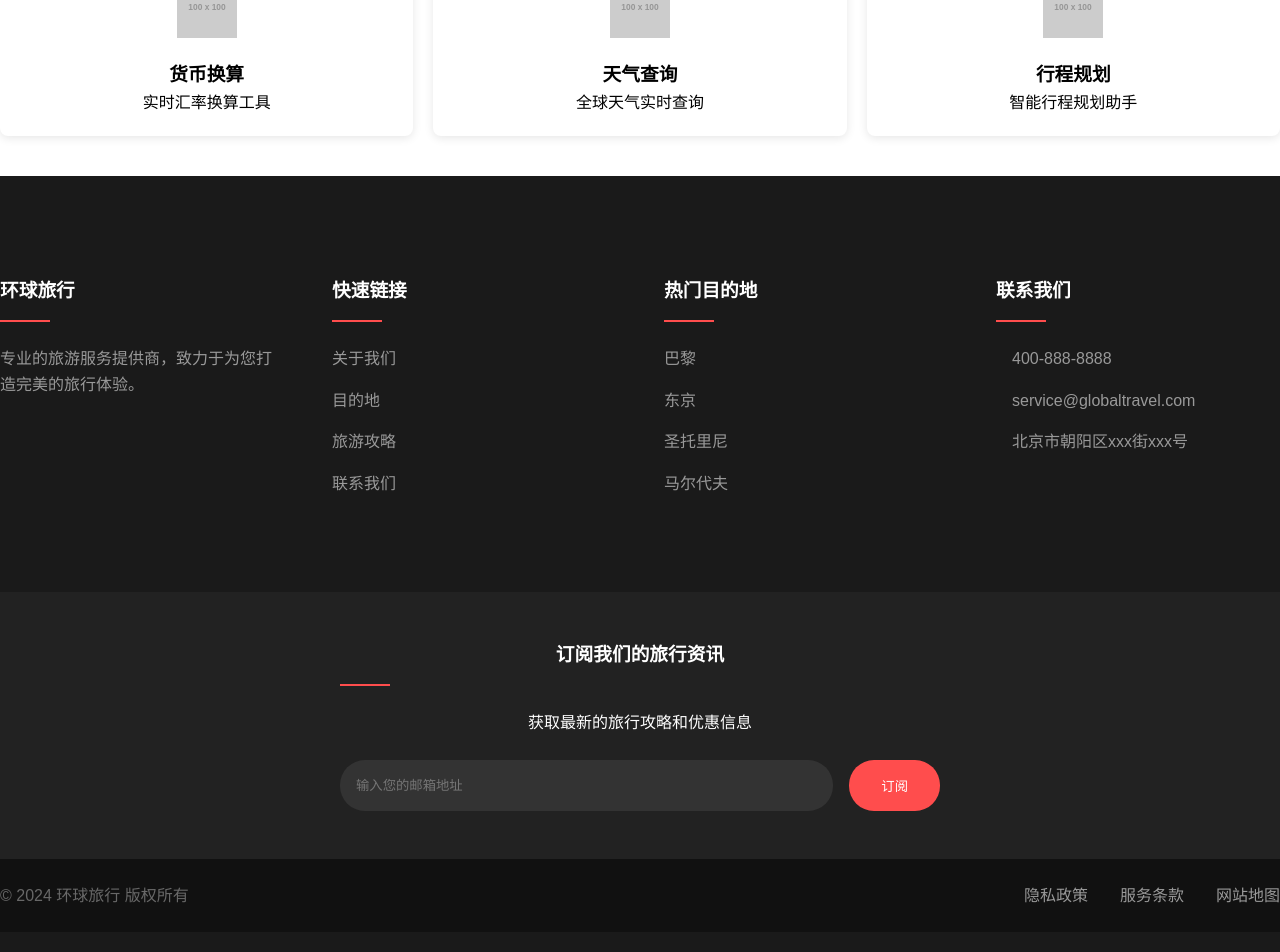
Repository: huang-heavenly-Emperor/travel_1
Page: pages/guide.html
The author's editor kept a copy of each file at every save. The page is drawn from the files as they stood at one save, then again after the next save.
The browser window is 1280 px wide. The pictures show the part of the page from y = 1471 to 2423 px (the page is 2423 px tall before and 2350 px after).

Above is the page before, as saved 2024-11-18 03:40:52.
Not found: css/common.css

### pages/guide.html
<!DOCTYPE html>
<html lang="zh">

<head>
  <meta charset="UTF-8">
  <title>旅游指南 - 环球旅行</title>
  <link rel="stylesheet" href="../css/common.css">
  <link rel="stylesheet" href="../css/style.css">
  <link rel="stylesheet" href="../css/guide.css">
</head>

<body>
    <!-- 导航栏 -->
    <nav class="main-nav">
      <div class="nav-logo">
          <h1>环球旅行</h1>
      </div>

      <!-- 汉堡菜单按钮 -->
      <div class="hamburger">
          <span></span>
          <span></span>
          <span></span>
      </div>

      <!-- 导航菜单 -->
      <div class="nav-menu">
          <ul class="nav-links">
              <li><a href="../index.html">首页</a></li>
              <li><a href="about.html" class="active">关于我们</a></li>
              <li><a href="destinations.html">目的地</a></li>
              <li><a href="travel-tips.html">旅游指南</a></li>
              <li><a href="news-events.html">新闻活动</a></li>
              <li><a href="contact.html">联系我们</a></li>
          </ul>
          <div class="theme-switch">
            <button class="theme-toggle" aria-label="切换主题">
                <i class="fas fa-sun light-icon"></i>
                <i class="fas fa-moon dark-icon"></i>
            </button>
        </div>
          <div class="nav-auth">
              <a href="login.html" class="btn-login">登录</a>
              <a href="register.html" class="btn-register">注册</a>
          </div>
      </div>
  </nav>

  <!-- 页面头部 -->
  <header class="about-header">
      <div class="header-content">
          <h1>关于我们</h1>
          <p>探索世界，创造回忆</p>
      </div>
  </header>
  <!-- 主要内容 -->
  <main>
    <!-- banner区域 -->
    <section class="banner">
      <div class="container">
        <h1>探索世界的每个角落</h1>
        <p>专业的旅游攻略，让您的旅程更加完美</p>
      </div>
    </section>

    <!-- 目的地分类 -->
    <section class="destination-category">
      <div class="container">
        <h2>目的地分类</h2>
        <div class="category-grid">
          <div class="category-item">
            <img src="https://picsum.photos/300/200?random=1" alt="亚洲">
            <h3>亚洲</h3>
            <p>探索东方文化与美食</p>
          </div>
          <div class="category-item">
            <img src="https://picsum.photos/300/200?random=2" alt="欧洲">
            <h3>欧洲</h3>
            <p>感受历史与艺术的魅力</p>
          </div>
          <div class="category-item">
            <img src="https://picsum.photos/300/200?random=3" alt="美洲">
            <h3>美洲</h3>
            <p>体验自然与现代的融合</p>
          </div>
        </div>
      </div>
    </section>

    <!-- 热门攻略 -->
    <section class="popular-guides">
      <div class="container">
        <h2>热门攻略</h2>
        <div class="guide-grid">
          <article class="guide-card">
            <img src="https://picsum.photos/400/300?random=4" alt="日本旅游攻略">
            <div class="guide-content">
              <h3>日本旅游攻略</h3>
              <p>包含交通、住宿、美食等详细信息</p>
              <a href="#" class="btn">查看详情</a>
            </div>
          </article>
          <article class="guide-card">
            <img src="https://picsum.photos/400/300?random=5" alt="泰国旅游攻略">
            <div class="guide-content">
              <h3>泰国旅游攻略</h3>
              <p>曼谷、清迈、普吉岛深度游</p>
              <a href="#" class="btn">查看详情</a>
            </div>
          </article>
          <article class="guide-card">
            <img src="https://picsum.photos/400/300?random=6" alt="意大利旅游攻略">
            <div class="guide-content">
              <h3>意大利旅游攻略</h3>
              <p>罗马、威尼斯、佛罗伦萨精选路线</p>
              <a href="#" class="btn">查看详情</a>
            </div>
          </article>
        </div>
      </div>
    </section>

    <!-- 实用工具 -->
    <section class="travel-tools">
      <div class="container">
        <h2>实用工具</h2>
        <div class="tools-grid">
          <div class="tool-item">
            <img src="https://via.placeholder.com/100?text=Tool1" alt="货币换算">
            <h3>货币换算</h3>
            <p>实时汇率换算工具</p>
          </div>
          <div class="tool-item">
            <img src="https://via.placeholder.com/100?text=Tool2" alt="天气查询">
            <h3>天气查询</h3>
            <p>全球天气实时查询</p>
          </div>
          <div class="tool-item">
            <img src="https://via.placeholder.com/100?text=Tool3" alt="行程规划">
            <h3>行程规划</h3>
            <p>智能行程规划助手</p>
          </div>
        </div>
      </div>
    </section>
  </main>


    <!-- 页脚部分 -->
    <footer class="footer">
      <div class="footer-top">
          <div class="container">
              <div class="footer-grid">
                  <!-- 公司简介 -->
                  <div class="footer-company">
                      <h3>环球旅行</h3>
                      <p>专业的旅游服务提供商，致力于为您打造完美的旅行体验。</p>
                      <div class="social-links">
                          <a href="#"><i class="fab fa-weixin"></i></a>
                          <a href="#"><i class="fab fa-weibo"></i></a>
                          <a href="#"><i class="fab fa-qq"></i></a>
                          <a href="#"><i class="fab fa-instagram"></i></a>
                      </div>
                  </div>

                  <!-- 快速链接 -->
                  <div class="footer-links">
                      <h3>快速链接</h3>
                      <ul>
                          <li><a href="pages/about.html">关于我们</a></li>
                          <li><a href="pages/destinations.html">目的地</a></li>
                          <li><a href="pages/travel-tips.html">旅游攻略</a></li>
                          <li><a href="pages/contact.html">联系我们</a></li>
                      </ul>
                  </div>

                  <!-- 热门目的地 -->
                  <div class="footer-destinations">
                      <h3>热门目的地</h3>
                      <ul>
                          <li><a href="#">巴黎</a></li>
                          <li><a href="#">东京</a></li>
                          <li><a href="#">圣托里尼</a></li>
                          <li><a href="#">马尔代夫</a></li>
                      </ul>
                  </div>

                  <!-- 联系方式 -->
                  <div class="footer-contact">
                      <h3>联系我们</h3>
                      <ul>
                          <li><i class="fas fa-phone"></i> 400-888-8888</li>
                          <li><i class="fas fa-envelope"></i> service@globaltravel.com</li>
                          <li><i class="fas fa-map-marker-alt"></i> 北京市朝阳区xxx街xxx号</li>
                      </ul>
                  </div>
              </div>
          </div>
      </div>

      <!-- 订阅newsletter -->
      <div class="footer-newsletter">
          <div class="container">
              <div class="newsletter-content">
                  <h3>订阅我们的旅行资讯</h3>
                  <p>获取最新的旅行攻略和优惠信息</p>
                  <form class="newsletter-form">
                      <input type="email" placeholder="输入您的邮箱地址">
                      <button type="submit">订阅</button>
                  </form>
              </div>
          </div>
      </div>

      <!-- 页脚底部 -->
      <div class="footer-bottom">
          <div class="container">
              <div class="footer-bottom-content">
                  <p>&copy; 2024 环球旅行 版权所有</p>
                  <div class="footer-bottom-links">
                      <a href="#">隐私政策</a>
                      <a href="#">服务条款</a>
                      <a href="#">网站地图</a>
                  </div>
              </div>
          </div>
      </div>
  </footer>
</body>

</html>

### css/guide.css
/* Banner样式 */
.banner {
    background: linear-gradient(rgba(0,0,0,0.5), rgba(0,0,0,0.5)),
                url('https://picsum.photos/1200/400?random=10');
    background-size: cover;
    background-position: center;
    color: white;
    text-align: center;
    padding: 100px 0;
    margin-top: 60px;
}

/* 目的地分类 */
.category-grid {
    display: grid;
    grid-template-columns: repeat(auto-fit, minmax(300px, 1fr));
    gap: 30px;
    margin: 40px 0;
}

.category-item {
    text-align: center;
    transition: transform 0.3s;
}

.category-item:hover {
    transform: translateY(-10px);
}

.category-item img {
    width: 100%;
    border-radius: 8px;
    margin-bottom: 15px;
}

/* 热门攻略 */
.guide-grid {
    display: grid;
    grid-template-columns: repeat(auto-fit, minmax(300px, 1fr));
    gap: 30px;
    margin: 40px 0;
}

.guide-card {
    background: white;
    border-radius: 8px;
    overflow: hidden;
    box-shadow: 0 2px 10px rgba(0,0,0,0.1);
}

.guide-card img {
    width: 100%;
    height: 200px;
    object-fit: cover;
}

.guide-content {
    padding: 20px;
}

.btn {
    display: inline-block;
    padding: 10px 20px;
    background: #007bff;
    color: white;
    text-decoration: none;
    border-radius: 4px;
    margin-top: 15px;
}

/* 实用工具 */
.tools-grid {
    display: grid;
    grid-template-columns: repeat(auto-fit, minmax(200px, 1fr));
    gap: 20px;
    margin: 40px 0;
}

.tool-item {
    text-align: center;
    padding: 20px;
    background: white;
    border-radius: 8px;
    box-shadow: 0 2px 10px rgba(0,0,0,0.1);
}

.tool-item img {
    width: 60px;
    height: 60px;
    margin-bottom: 15px;
}

/* 响应式调整 */
@media (max-width: 768px) {
    .category-grid,
    .guide-grid,
    .tools-grid {
        grid-template-columns: 1fr;
    }
}

Loaded but not shown: css/style.css (896 lines, source omitted)

After the next save:
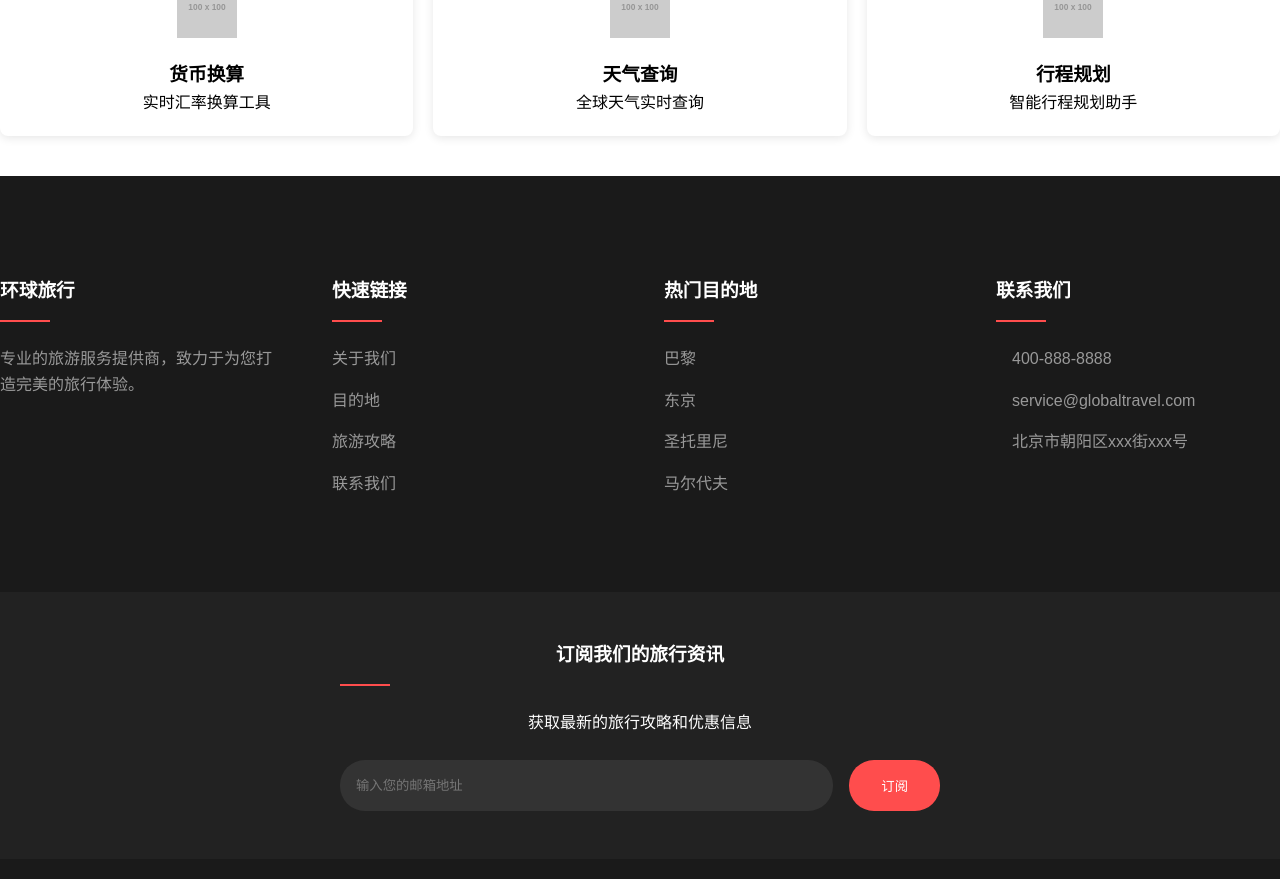
Saved 12 s later.
--- a/pages/guide.html
+++ b/pages/guide.html
@@ -212,19 +212,7 @@
           </div>
       </div>
 
-      <!-- 页脚底部 -->
-      <div class="footer-bottom">
-          <div class="container">
-              <div class="footer-bottom-content">
-                  <p>&copy; 2024 环球旅行 版权所有</p>
-                  <div class="footer-bottom-links">
-                      <a href="#">隐私政策</a>
-                      <a href="#">服务条款</a>
-                      <a href="#">网站地图</a>
-                  </div>
-              </div>
-          </div>
-      </div>
+
   </footer>
 </body>
 
